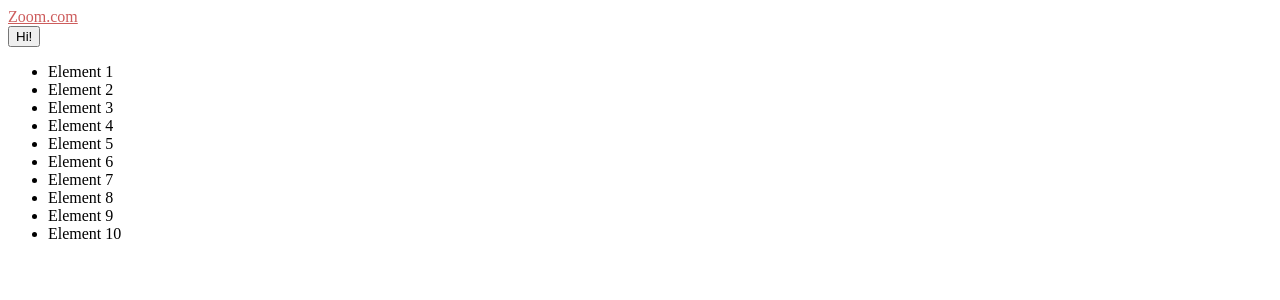
Repository: nottonofclay/csi_waymo
Page: pseudoclasses/pseudoclasses.html
The author's editor kept a copy of each file at every save. The page is drawn from the files as they stood at one save, then again after the next save.
The browser window is 1280 px wide. The pictures show the whole page.
The pointer rests on the first visible `a`.

Above is the page before, as saved 2023-07-06 11:49:30.

After the next save:
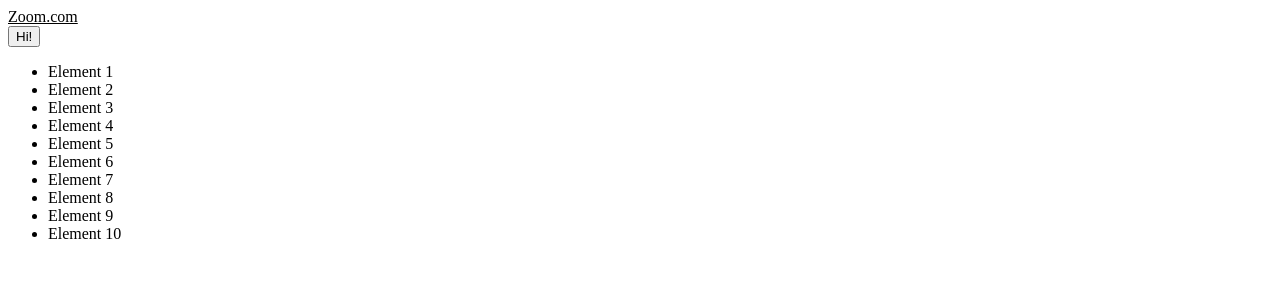
Saved 10 s later.
--- a/pseudoclasses/pseudoclasses.css
+++ b/pseudoclasses/pseudoclasses.css
@@ -5,5 +5,5 @@
     color:darkolivegreen;
 }
 a:hover {
-    color:indianred;
+    color:black;
 }
